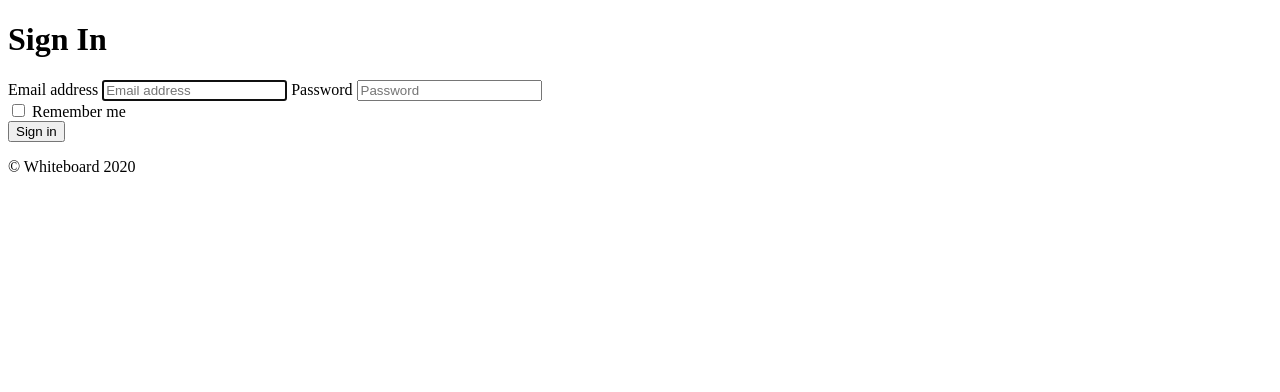
Repository: tinawu0603/cs4550-sp2020-whiteboard-springboot
Page: whiteboard/src/main/webapp/login/login.template.client.html
These files come from the project's save history. The page is drawn as it stood at one moment and after a run of saves; the edit follows.
The browser window is 1280 px wide. The pictures show the whole page.

Above is the page before, as saved 2020-01-15 21:56:39.

### whiteboard/src/main/webapp/login/login.template.client.html
<!DOCTYPE html>
<html>
<head>
<meta charset="ISO-8859-1">
<title>Insert title here</title>
</head>
<body>
	<form class="form-signin">
		<h1 class="h3 mb-3 font-weight-normal">Sign In</h1>
		<label for="inputEmail">Email address</label>
		<input type="email" id="inputEmail" class="form-control"
			placeholder="Email address" required="" autofocus=""
		>
		<label for="inputPassword">Password</label>
		<input type="password" id="inputPassword" class="form-control"
			placeholder="Password" required=""
		>
		<div class="checkbox mb-3">
			<label>
				<input type="checkbox" value="remember-me">
				Remember me
			</label>
		</div>
		<button class="btn btn-lg btn-primary btn-block" type="submit">Sign
			in</button>
		<p class="mt-5 mb-3 text-muted">© Whiteboard 2020</p>
	</form>

</body>
</html>

### whiteboard/src/main/webapp/css/styles.css
@charset "ISO-8859-1";

h1 {
	color: white;
	background-color: red;
}

After the next 2 saves:
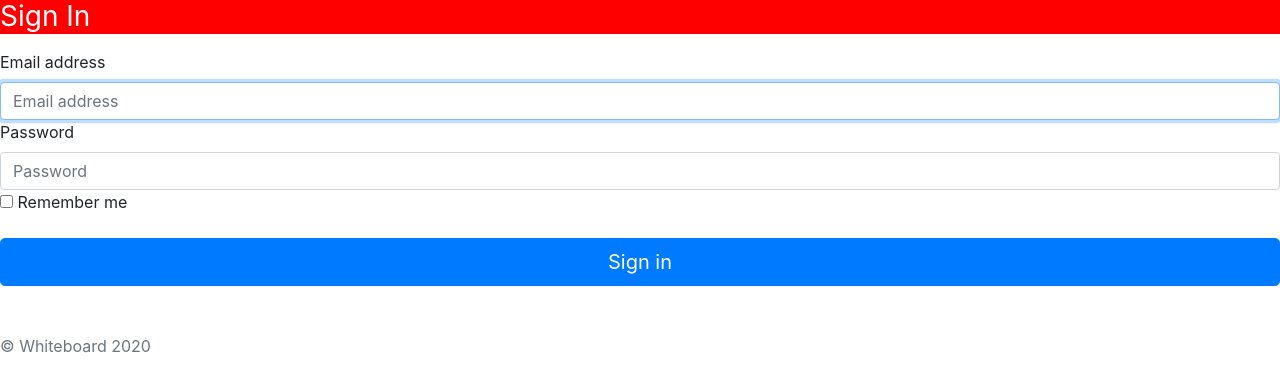
The 2 saves are shown as one change because they came seconds apart.
The last was saved 13 min 30 s later.
--- a/whiteboard/src/main/webapp/login/login.template.client.html
+++ b/whiteboard/src/main/webapp/login/login.template.client.html
@@ -2,7 +2,12 @@
 <html>
 <head>
 <meta charset="ISO-8859-1">
-<title>Insert title here</title>
+<title>Login</title>
+<link
+	href="https://stackpath.bootstrapcdn.com/bootstrap/4.4.1/css/bootstrap.min.css"
+	rel="stylesheet"
+/>
+<link href="../css/styles.css" rel="stylesheet" />
 </head>
 <body>
 	<form class="form-signin">
